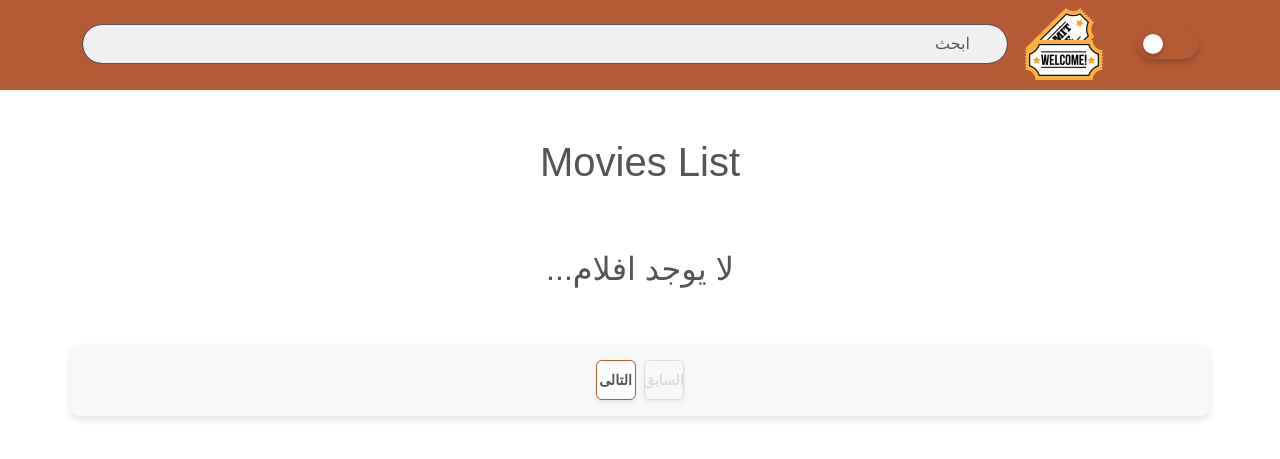
Repository: kerlos-alfy/Movie-List
Page: /
These files come from the project's save history. The page is drawn as it stood at one moment and after the next save; the edit follows.
The browser window is 1280 px wide. The pictures show the whole page.
The page's requests for data from a server got no answer. The project was rebuilt for these pictures with package versions that can differ from the ones it lists, and the page was loaded fresh each time. No one was signed in, and anything a server would have sent is missing. Also part of the build but not shown: vite.config.js, src/App.css, src/components/CardMovie.jsx.

Above is the page before, as saved 2025-01-16 05:18:57.

### index.html
<!DOCTYPE html>
<html lang="ar" dir="rtl">
	<head>
		<meta charset="UTF-8" />
		<link rel="icon" type="image/svg+xml" href="https://www.svgrepo.com/show/289436/movies-clapperboard.svg" />
		<link
			rel="stylesheet"
			href="https://cdn.jsdelivr.net/npm/bootstrap@5.3.3/dist/css/bootstrap.min.css"
			integrity="sha384-QWTKZyjpPEjISv5WaRU9OFeRpok6YctnYmDr5pNlyT2bRjXh0JMhjY6hW+ALEwIH"
			crossorigin="anonymous" />
		<meta name="viewport" content="width=device-width, initial-scale=1.0" />
		<title>Movies List</title>
	</head>
	<body>
		<div id="root"></div>
		<script type="module" src="/src/main.jsx"></script>
	</body>
</html>

### src/index.css
/* المتغيرات العامة */
:root {
	--background-color: white;
	--text-color: #555555;
	--primary-color: #b45b35;
	--card-background: #f8f8f8;
	--overlay-background: #393839;
}

/* الوضع الداكن */
.dark-mode {
	--background-color: #121212;
	--text-color: #f0f0f0;
	--primary-color: #ff6f61;
	--card-background: #1e1e1e;
	--overlay-background: #333333;
}

/* أنماط عامة */
body {
	margin: 0;
	background-color: var(--background-color);
	color: var(--text-color);
}

.color-body {
	background-color: var(--background-color);
	height: 100vh;
}

.nav-style {
	height: 90px;
	width: 1440px;
	background-color: var(--primary-color);
}

.logo {
	height: 72px;
	width: 78px;
}

.search {
	position: relative;
}

.search input {
	height: 40px;
	text-indent: 25px;
	border-radius: 20px;
	border: 1px solid var(--text-color);
	background-color: #f0f0f0;
	color: var(--text-color);
}

.search input:focus {
	box-shadow: none;
	border: 2px solid var(--primary-color);
}

.search .fa-search {
	position: absolute;
	top: 12px;
	left: 16px;
	color: var(--text-color);
}

.card {
	position: relative;
	transition: all 0.5s ease-in;
	cursor: pointer;
	height: 375px;
}

.card__image {
	display: block;
	width: 100%;
	height: 100%;
	border-radius: 5px;
}

.card__overlay {
	position: absolute;
	top: 0;
	bottom: 0;
	left: 0;
	right: 0;
	height: 100%;
	width: 100%;
	opacity: 0;
	visibility: none;
	transition: 0.5s ease;
	background-color: var(--overlay-background);
}

.card:hover .card__overlay {
	opacity: 0.8;
}

.overlay__text {
	color: var(--text-color);
	font-size: 16px;
	font-weight: bold;
	position: absolute;
	top: 50%;
	left: 50%;
	-webkit-transform: translate(-50%, -50%);
	-ms-transform: translate(-50%, -50%);
	transform: translate(-50%, -50%);
}

.font {
	font-family: "Almarai", sans-serif;
	font-family: "Cairo", sans-serif;
}

.color {
	color: var(--primary-color);
	background-color: var(--primary-color);
}

.card-detalis {
	height: 370px;
	border-radius: 20px;
	background-color: var(--card-background);
}

.card-story {
	height: 300px;
	border-radius: 20px;
	background-color: var(--card-background);
}

.img-movie {
	height: 360px;
	padding: 10px;
	border-radius: 20px;
}

.card-text-details {
	color: var(--text-color);
	font-family: Almarai;
	font-size: 28px;
	font-weight: bold;
	letter-spacing: 0;
	line-height: 49px;
}

.card-text-story {
	color: var(--text-color);
	font-family: Almarai;
	font-size: 18px;
	letter-spacing: 0;
	line-height: 32px;
}

.card-text-title {
	color: var(--text-color);
	font-family: Almarai;
	font-size: 36px;
	font-weight: bold;
	letter-spacing: 0;
	line-height: 49px;
}

.toggle-btn {
	position: relative;
	width: 60px;
	height: 30px;
	background-color: var(--primary-color);
	border-radius: 15px;
	cursor: pointer;
	transition: background-color 0.3s ease-in-out;
	display: flex;
	align-items: center;
	padding: 5px;
	box-shadow: 0 4px 6px rgba(0, 0, 0, 0.2);
}

.toggle-btn::before {
	content: "";
	position: absolute;
	top: 50%;
	left: 5px;
	width: 20px;
	height: 20px;
	background-color: #fff;
	border-radius: 50%;
	transform: translateY(-50%);
	transition: all 0.3s ease-in-out;
	box-shadow: 0 2px 4px rgba(0, 0, 0, 0.3);
}

.toggle-btn.dark {
	background-color: #555;
}

.toggle-btn.dark::before {
	left: 35px;
}

.pagination {
	display: flex;
	justify-content: center;
	align-items: center;
	gap: 8px; /* مسافة بين الأزرار */
	padding: 10px;
	background-color: var(--card-background, #f8f8f8);
	border-radius: 10px;
	box-shadow: 0 4px 6px rgba(0, 0, 0, 0.1); /* ظل خفيف للخلفية */
}

.pagination .page-item {
	list-style: none;
}

.pagination .page-link {
	background-color: var(--background-color, white); /* خلفية الزر */
	color: var(--text-color, #555555); /* لون النص */
	border: 1px solid var(--primary-color, #b45b35); /* الإطار */
	border-radius: 6px; /* حواف مستديرة */
	width: 40px;
	height: 40px;
	display: flex;
	justify-content: center;
	align-items: center;
	font-weight: bold;
	font-size: 14px;
	transition: all 0.3s ease-in-out;
	box-shadow: 0 2px 4px rgba(0, 0, 0, 0.1); /* ظل خفيف للأزرار */
}

.pagination .page-link:hover {
	background-color: var(--primary-color, #b45b35);
	color: var(--background-color, white);
	transform: scale(1.1); /* تكبير بسيط عند التمرير */
	box-shadow: 0 4px 8px rgba(0, 0, 0, 0.2); /* ظل أقوى عند التمرير */
}

.pagination .page-item.active .page-link {
	background-color: var(--primary-color, #b45b35); /* لون الأزرار النشطة */
	color: var(--background-color, white);
	border-color: var(--primary-color, #b45b35);
	font-weight: bold;
	box-shadow: 0 3px 6px rgba(0, 0, 0, 0.15);
}

.pagination .page-item.disabled .page-link {
	background-color: var(--card-background, #f8f8f8);
	color: #cccccc;
	border: 1px solid #cccccc;
	pointer-events: none;
	opacity: 0.6; /* تأثير تعتيم للأزرار المعطلة */
}

.pagination .page-link:focus {
	outline: none;
	box-shadow: 0 0 0 3px var(--overlay-background, #393839); /* تأثير التركيز */
}

### src/App.jsx
import "./App.css";
import { Container } from "react-bootstrap";
import NavBar from "./components/NavBar";
import MoviesList from "./components/MoviesList";
import axios from "axios";
import { useState, useEffect } from "react";
function App() {
	const [movies, setMovies] = useState([]);
	const [pageCount, setPageCount] = useState(0);
	const getAllMovies = async () => {
		const res = await axios.get("https://api.themoviedb.org/3/movie/popular?api_key=3ac2c05f95f92e69875f1b70453ca0cd&language=ar");
		setMovies(res.data.results);
		setPageCount(res.data.total_pages);
	};
	const search = async (word) => {
		if (word === "") {
			getAllMovies();
		} else {
			const res = await axios.get(`https://api.themoviedb.org/3/search/movie?api_key=3ac2c05f95f92e69875f1b70453ca0cd&query=${word}&language=ar`);
			setMovies(res.data.results);
			setPageCount(res.data.total_pages);
		}
	};

	//get current page
	const getPage = async (page) => {
		const res = await axios.get(`https://api.themoviedb.org/3/movie/popular?api_key=3ac2c05f95f92e69875f1b70453ca0cd&language=ar&page=${page}`);
		setMovies(res.data.results);
		setPageCount(res.data.total_pages);
	};

	useEffect(() => {
		getAllMovies();
	}, []);
	return (
		<div className="font color-body">
			<NavBar search={search} />
			<Container>
				<h1 className="text-center mt-5">Movies List</h1>
				<MoviesList movies={movies} pageCount={pageCount} getPage={getPage} />
			</Container>
		</div>
	);
}

export default App;

### src/components/NavBar.jsx
/* eslint-disable react/prop-types */
import { Container, Row, Col } from "react-bootstrap";
import DarkModeToggle from "./DarkModeToggle";

function NavBar({ search }) {
	const onSearch = (word) => {
		search(word);
	};
	return (
		<div className="nav-style w-100">
			<Container>
				<Row className="pt-2">
					{/* زر الوضع الداكن */}
					<Col xs="2" lg="1" className="d-flex align-items-center">
						<DarkModeToggle />
					</Col>

					{/* الشعار */}
					<Col xs="2" lg="1" className="d-flex align-items-center">
						<a href="/">
							<img className="logo" src="logo.png" alt="Logo" />
						</a>
					</Col>

					{/* مربع البحث */}
					<Col xs="8" lg="10" className="d-flex align-items-center">
						<div className="search w-100">
							<i className="fa fa-search"></i>
							<input
								onChange={(e) => {
									onSearch(e.target.value);
								}}
								type="text"
								className="form-control"
								placeholder="ابحث"
							/>
						</div>
					</Col>
				</Row>
			</Container>
		</div>
	);
}

export default NavBar;

### src/components/MoviesList.jsx
/* eslint-disable react/prop-types */
import { Row } from "react-bootstrap";
import CardMovie from "./CardMovie";
import PaginationComponent from "./Pagination";
function MoviesList({ movies, pageCount, getPage }) {
	return (
		<Row className="mt-3">
			{movies.length >= 1 ? (
				movies.map((mov) => {
					return <CardMovie key={mov.id} mov={mov} />;
				})
			) : (
				<h2 className="text-center p-5">لا يوجد افلام...</h2>
			)}
			<PaginationComponent pageCount={pageCount} getPage={getPage} />
		</Row>
	);
}

export default MoviesList;

### src/components/DarkModeToggle.jsx
import { useState, useEffect } from "react";
function DarkModeToggle() {
	const [isDarkMode, setIsDarkMode] = useState(() => {
		return localStorage.getItem("dark-mode") === "true" || false;
	});

	useEffect(() => {
		if (isDarkMode) {
			document.body.classList.add("dark-mode");
		} else {
			document.body.classList.remove("dark-mode");
		}
		localStorage.setItem("dark-mode", isDarkMode);
	}, [isDarkMode]);

	return <div className={`toggle-btn ${isDarkMode ? "dark" : ""}`} onClick={() => setIsDarkMode(!isDarkMode)}></div>;
}

export default DarkModeToggle;

### src/components/Pagination.jsx
/* eslint-disable react/prop-types */
import ReactPaginate from "react-paginate";
import { Pagination } from "react-bootstrap";

function PaginationComponent({ pageCount, getPage }) {
	const handlePageClick = (data) => {
		getPage(data.selected + 1);
	};
	return (
		<ReactPaginate
			breakLabel="..."
			nextLabel="التالى"
			onPageChange={handlePageClick}
			marginPagesDisplayed={2}
			pageRangeDisplayed={2}
			pageCount={pageCount}
			previousLabel="السابق"
			containerClassName={"pagination justify-content-center p-3"}
			pageClassName={"page-item"}
			pageLinkClassName={"page-link"}
			previousClassName={"page-item"}
			nextClassName={"page-item"}
			previousLinkClassName={"page-link"}
			nextLinkClassName={"page-link"}
			breakClassName={"page-item"}
			breakLinkClassName={"page-link"}
			activeClassName={"active"}
		/>
	);
}

export default PaginationComponent;

Loaded but not shown: src/main.jsx (common file)

After the next save:
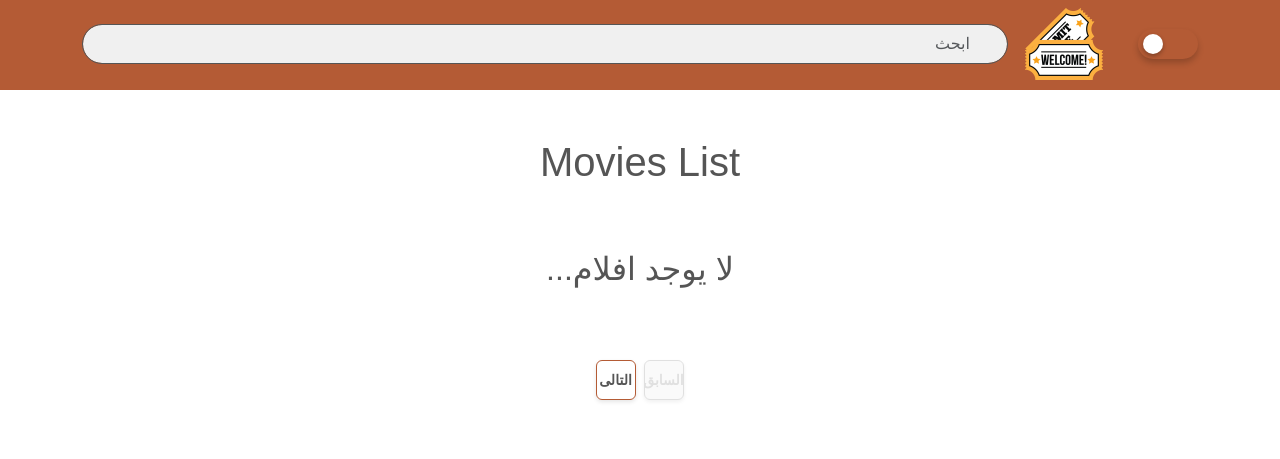
Saved 34 s later.
--- a/src/index.css
+++ b/src/index.css
@@ -204,9 +204,8 @@ body {
 	align-items: center;
 	gap: 8px; /* مسافة بين الأزرار */
 	padding: 10px;
-	background-color: var(--card-background, #f8f8f8);
+
 	border-radius: 10px;
-	box-shadow: 0 4px 6px rgba(0, 0, 0, 0.1); /* ظل خفيف للخلفية */
 }
 
 .pagination .page-item {
